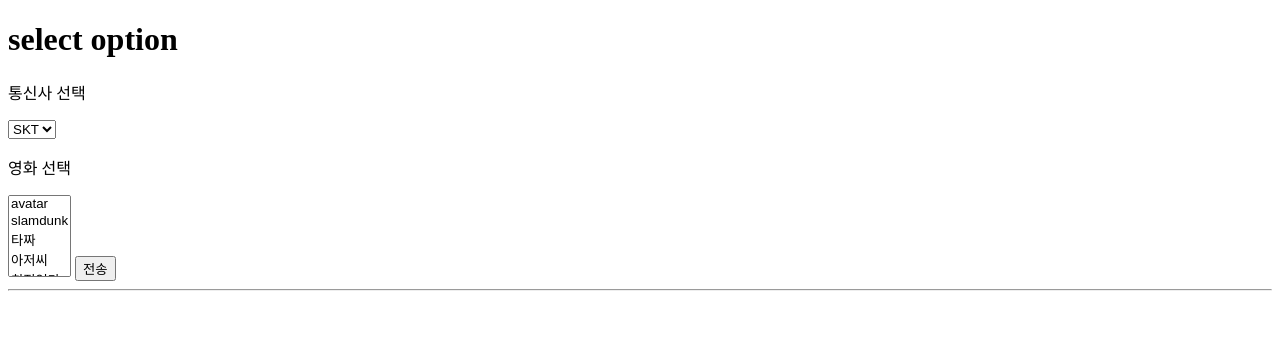
Repository: JJinBBangg/JSP
Page: http://localhost/jsp/ch03/lecture/06form/14select.jsp
The author's editor kept a copy of each file at every save. The page is drawn from the files as they stood at one save, then again after the next save.
The browser window is 1280 px wide. The pictures show the whole page.
The page is served by Tomcat 9.

Above is the page before, as saved 2023-03-29 00:37:13.

After the next save:
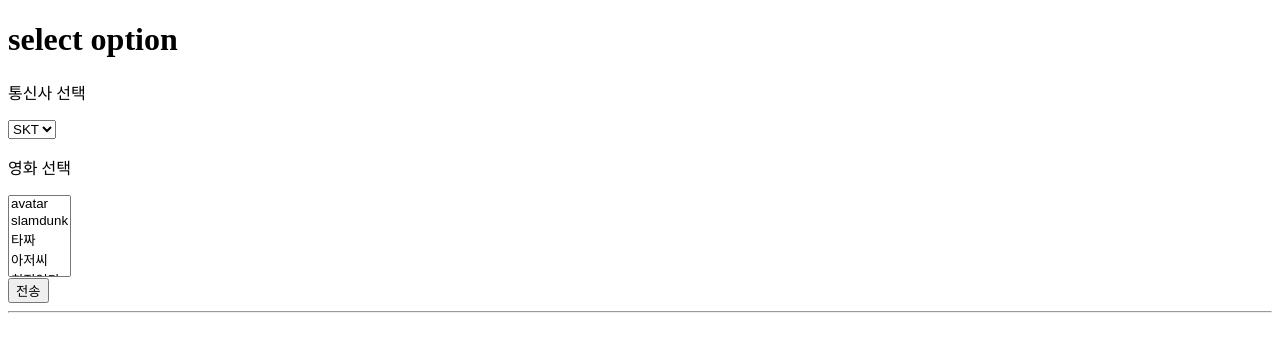
Saved 19 s later.
--- a/jsp/src/main/webapp/ch03/lecture/06form/14select.jsp
+++ b/jsp/src/main/webapp/ch03/lecture/06form/14select.jsp
@@ -23,7 +23,8 @@
 			<option value="타짜">타짜</option>
 			<option value="아저씨">아저씨</option>
 			<option value="친정엄마">친정엄마</option>
-		</select> <input type="submit" value="전송" />
+		</select><br />
+		<input type="submit" value="전송" />
 	</form>
 	<hr />
 	<%
